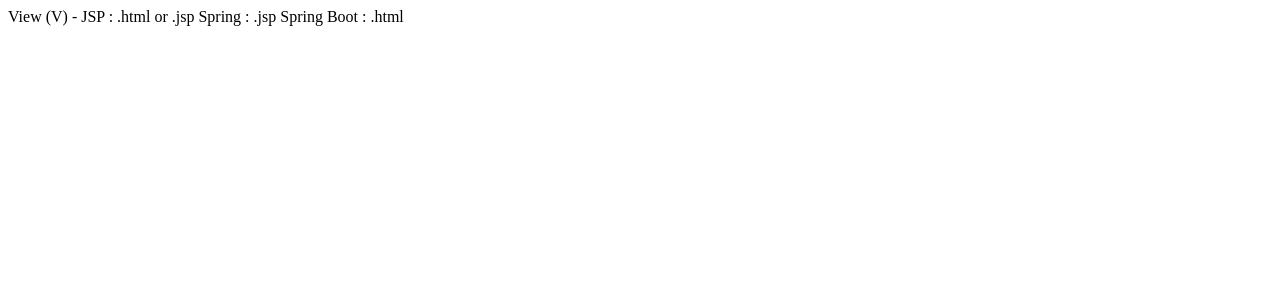
Repository: moondolph/SKKU_IT_Education
Page: http://localhost/Sep30_2_SpringMVC/WEB-INF/views/index.jsp
The author's editor kept a copy of each file at every save. The page is drawn from the files as they stood at one save, then again after the next save.
The browser window is 1280 px wide. The pictures show the whole page.
The page is served by Tomcat 9. Nobody is signed in. Other server files are loaded and not shown. The template is opened directly, without the code that normally fills it, so the values that code supplies are empty.

Above is the page before, as saved 2022-09-30 01:46:35.

### Sep30_2_SpringMVC/src/main/webapp/WEB-INF/views/index.jsp
<%@ page language="java" contentType="text/html; charset=UTF-8"
    pageEncoding="UTF-8"%>
<!DOCTYPE html>
<html>
<head>
<meta charset="UTF-8">
<title>Insert title here</title>
</head>
<body>
	View (V) -
		JSP : .html or .jsp
		Spring : .jsp
		Spring Boot : .html
</body>
</html>

After the next save:
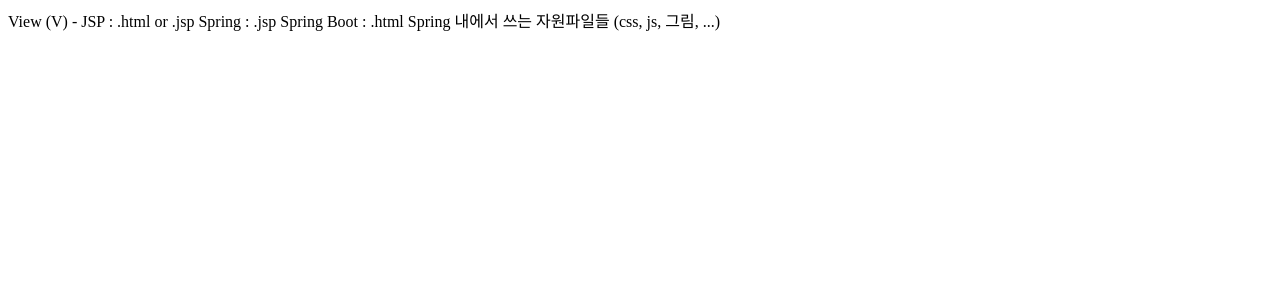
Saved 37 s later.
--- a/Sep30_2_SpringMVC/src/main/webapp/WEB-INF/views/index.jsp
+++ b/Sep30_2_SpringMVC/src/main/webapp/WEB-INF/views/index.jsp
@@ -11,5 +11,8 @@
 		JSP : .html or .jsp
 		Spring : .jsp
 		Spring Boot : .html
+
+		Spring 내에서 쓰는 자원파일들 (css, js, 그림, ...)
+
 </body>
 </html>
